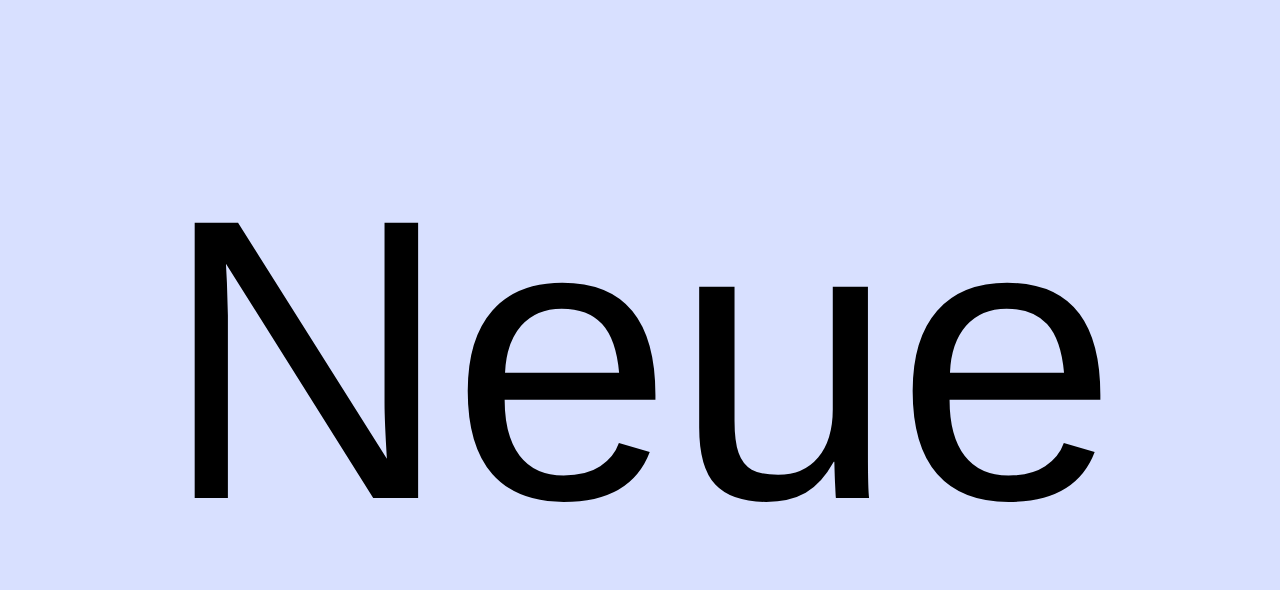
Repository: luiswoldu/neue-test
Page: home.html
These files come from the project's save history. The page is drawn as it stood at one moment and after the next save; the edit follows.
The browser window is 1280 px wide. The pictures show the whole page.

Above is the page before, as saved 2025-02-10 18:47:39.

### home.html
<!DOCTYPE html>
<html lang="en">
<head>
    <meta charset="UTF-8">
    <meta name="viewport" content="width=device-width, initial-scale=1.0">
    <title>Neue Animation</title>
    <style>
        body {
            margin: 0;
            height: 100vh;
            display: flex;
            justify-content: center;
            align-items: center;
            background-color: rgb(28, 74, 255);
            transition: background-color 4s;
        }

        #text {
            font-size: 300pt;
            font-family: Arial, sans-serif;
            opacity: 0;
            color: white;
            transition: opacity 2s, color 2s;
        }
    </style>
</head>
<body>
    <div id="text">Neue</div>

    <script>
        const text = document.getElementById('text');
        const body = document.body;

        // Wait 1 second before starting animation
        setTimeout(() => {
            // Make text visible
            text.style.opacity = '1';

            // After text becomes visible, change colors
            setTimeout(() => {
                text.style.color = 'black';
                body.style.backgroundColor = 'white';
            }, 2000);
        }, 1000);
    </script>
</body>
</html>

After the next save:
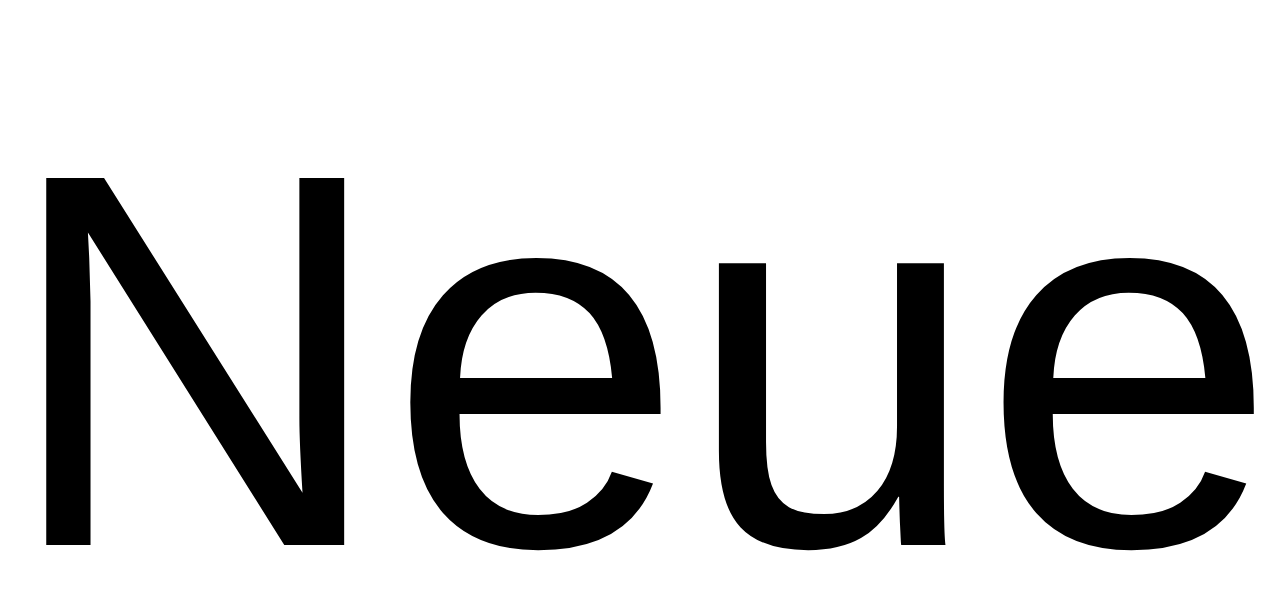
Saved 4 min 22 s later.
--- a/home.html
+++ b/home.html
@@ -11,15 +11,15 @@
             display: flex;
             justify-content: center;
             align-items: center;
-            background-color: rgb(28, 74, 255);
+            background-color: rgb(255, 255, 255);
             transition: background-color 4s;
         }
 
         #text {
-            font-size: 300pt;
+            font-size: 400pt;
             font-family: Arial, sans-serif;
             opacity: 0;
-            color: white;
+            color: rgb(0, 0, 0);
             transition: opacity 2s, color 2s;
         }
     </style>
